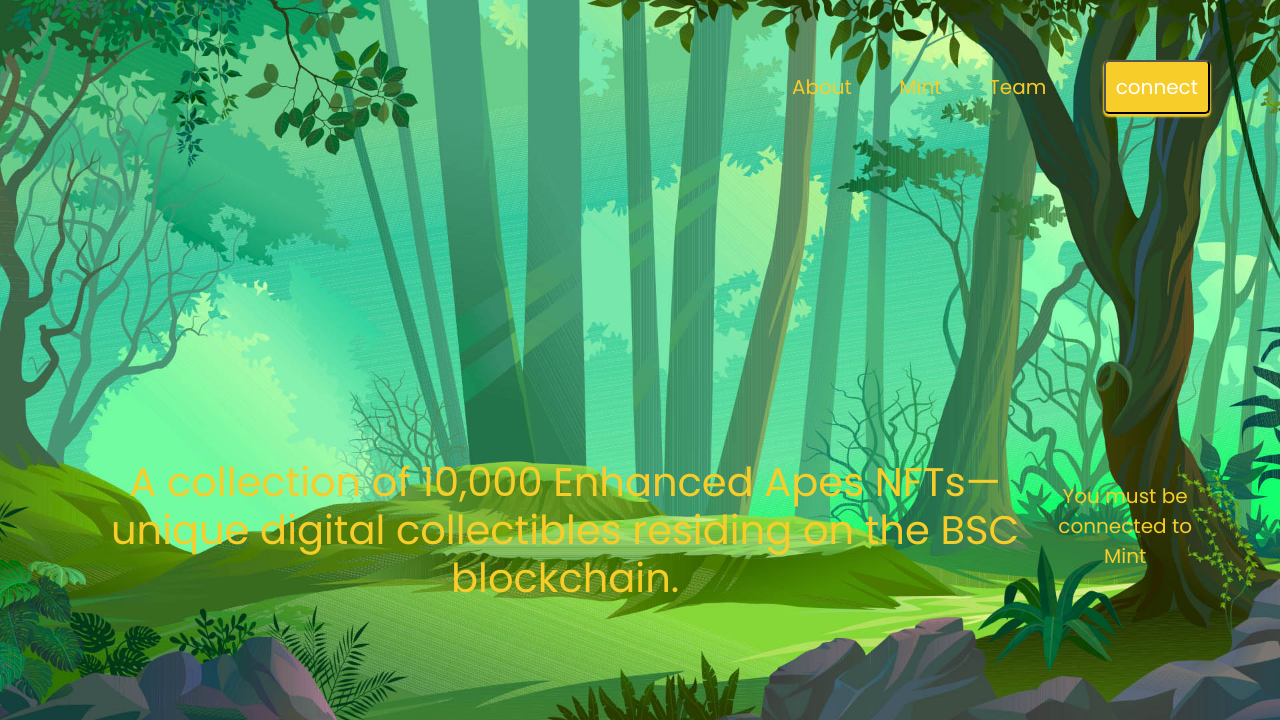
Repository: Stephegbenga/Minting-Dapp
Page: /
The author's editor kept a copy of each file at every save. The page is drawn from the files as they stood at one save, then again after the next save.
The browser window is 1280 px wide. The pictures show the whole page.
The project was rebuilt for these pictures with package versions that can differ from the ones it lists, and the page was loaded fresh each time.

Above is the page before, as saved 2022-04-07 17:11:17.

After the next save:
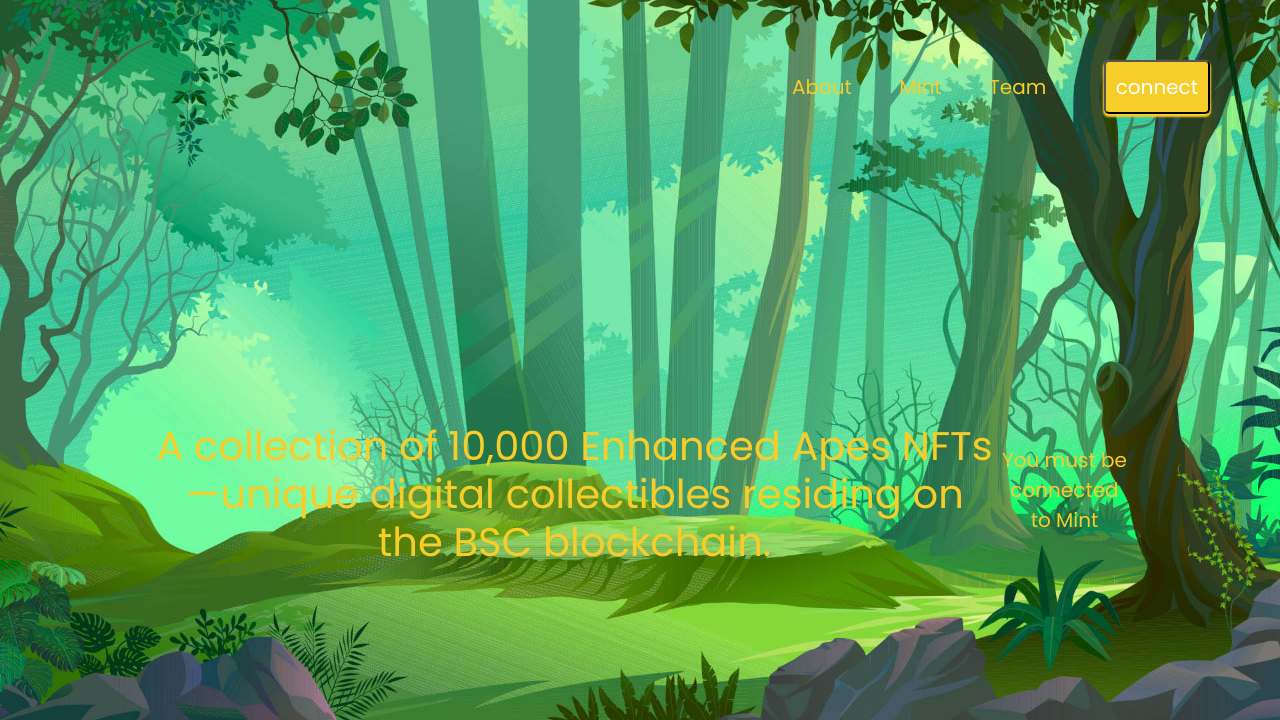
Saved 13 s later.
--- a/src/MainMint.js
+++ b/src/MainMint.js
@@ -33,7 +33,7 @@ const MainMint = ({ accounts, setAccounts}) => {
     };
 
     return (
-        <Flex justify="center" align="center" height="100vh" padding="80px">
+        <Flex justify="center" align="center" height="90vh" padding="150px">
             <h1>A collection of 10,000 Enhanced Apes NFTs—unique digital collectibles residing on the BSC blockchain.</h1>
             {isConnected ? (
             <div>
